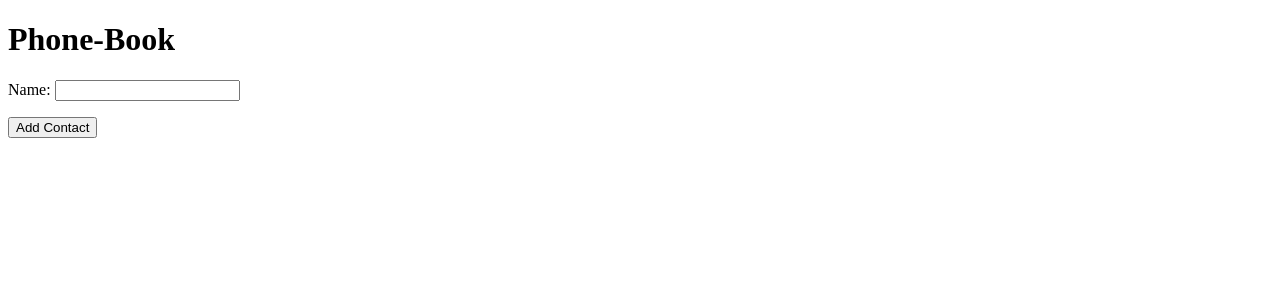
Repository: STA1357/Phone-book
Page: Inner.html
The author's editor kept a copy of each file at every save. The page is drawn from the files as they stood at one save, then again after the next save.
The browser window is 1280 px wide. The pictures show the whole page.

Above is the page before, as saved 2020-12-08 08:54:15.

### Inner.html
<!DOCTYPE html>
<html lang="en">
<head>
    <meta charset="UTF-8">
    <meta name="viewport" content="width=device-width, initial-scale=1.0">
    <title>Phone Book</title>
    <link rel="stylesheet" href="./styles.css">
</head>
<body>
    <form action="#">

        <header>
            <div class="header-title">
                <h1>Phone-Book</h1>
            </div>
        </header>

        <main>
            <div class="container">
                <label for="name">Name:</label>
                <input type="text" id="nameInput">
            </div>
            <p id="nameOutput"></p>
        </main>

        <button onclick="addUser()" id="btnAdd">Add Contact</button>
    </form>

    <script src="./app.js"></script>
</body>
</html>

### app.js
const form = document.querySelector('form')
const nameInput = document.getElementById('nameInput')
const nameOutput = document.getElementById('nameOutput')
const btnAdd = document.getElementById('btnAdd')

class Person{
    constructor(options){
        this.name = options.name
        this.lname = options.lname
        this.tel = options.tel
        this.email = options.email
        this.birthday = options.birthday
    }
}

class User extends Person{
    static type = "User"
}

const user = new User({
    name: "",
    lname: "",
    tel: "",
    email:"",
    birthday:""
})


localStorage.setItem('userInfo', JSON.stringify(user));

function addUser(){
    console.log(nameInput.value);
    nameOutput.innerHTML = nameInput.value
}


/*const raw = localStorage.getItem('userInfo')
const userInfo = JSON.parse(raw)
userInfo.name = 'Maxim'

console.log(userInfo);*/

Loaded but not shown: styles.css (no copy from this time; the picture is the same without it)

After the next save:
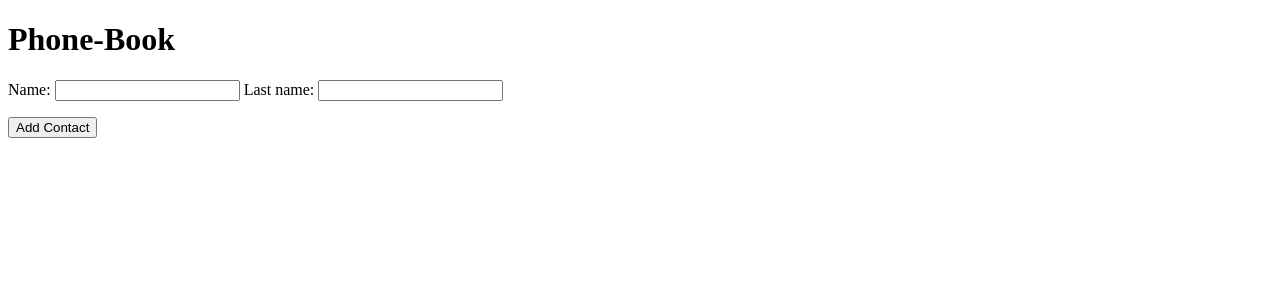
Saved 4 min 53 s later.
--- a/Inner.html
+++ b/Inner.html
@@ -19,6 +19,8 @@
             <div class="container">
                 <label for="name">Name:</label>
                 <input type="text" id="nameInput">
+                <label for="lname">Last name:</label>
+                <input type="text" id="lnameInput">
             </div>
             <p id="nameOutput"></p>
         </main>
